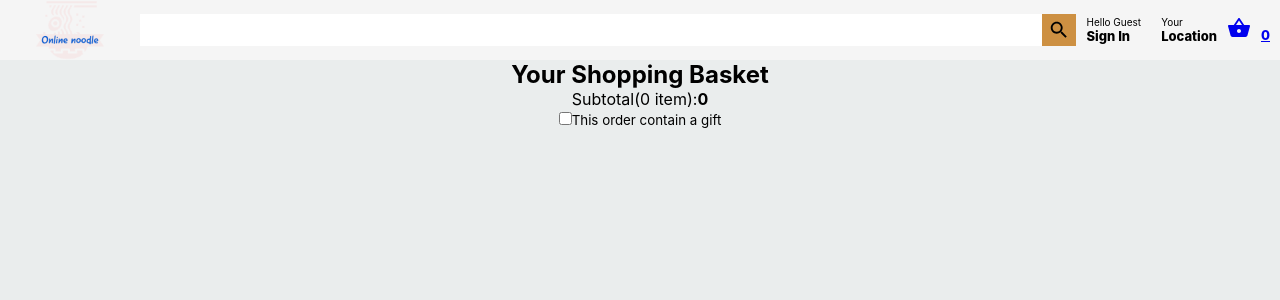
Repository: treenoise09/Noodleonline
Page: /checkout
The author's editor kept a copy of each file at every save. The page is drawn from the files as they stood at one save, then again after the next save.
The browser window is 1280 px wide. The pictures show the whole page.
The project was rebuilt for these pictures with package versions that can differ from the ones it lists, and the page was loaded fresh each time. Also part of the build but not shown: src/Home.css, src/Noodle.css, src/Noodle.js, src/Home.js.

Above is the page before, as saved 2022-10-28 11:35:37.

### src/index.css
* {
  margin: 0;
}
body {
  background-color: rgb(234,237,237);
  margin: 0;
  font-family: -apple-system, BlinkMacSystemFont, 'Segoe UI', 'Roboto', 'Oxygen',
    'Ubuntu', 'Cantarell', 'Fira Sans', 'Droid Sans', 'Helvetica Neue',
    sans-serif;
  -webkit-font-smoothing: antialiased;
  -moz-osx-font-smoothing: grayscale;
}

code {
  font-family: source-code-pro, Menlo, Monaco, Consolas, 'Courier New',
    monospace;
}

### src/App.js
import React from 'react';
import './App.css';
import Header from './Header';
import Home from './Home';
import{BrowserRouter as Router,Routes ,Route} from "react-router-dom";
import Noodle from './Noodle';
import Cart from './Cart';

function App() {
  return (
    <Router>
      <Header/>
    <div className="App">
      <Routes>
      <Route path='/' element={<Home/>}/>
      <Route path='/checkout' element={<Cart/>}/>



      </Routes>
    </div>
    </Router>
  );
}

export default App;

### src/Header.js
import React from "react";
import './Header.css'
import Logo from './img/Onlinenoodle-logos_transparent.png'
import SearchIcon from '@mui/icons-material/Search';
import ShoppingBasketIcon from '@mui/icons-material/ShoppingBasket';
import { Link } from "react-router-dom";

function Header() {
    return(
        <div className="header">
            <Link to="/">
            <img className="header_logo" src={Logo} alt=""/>
            </Link>
            <div className="header_search">
                <input className="header_searchInput" type='text'/>
                <SearchIcon className="header_searchIcon"/>
            </div>
            <div className="header_nav">
            <div className="header_option">
                    <span className="header_optionLineOne">
                        Hello Guest
                    </span>
                    <span className="header_optionLineTwo">
                        Sign In
                    </span>


            </div>
            <div className="header_option">
                    <span className="header_optionLineOne">
                        Your
                    </span>
                    <span className="header_optionLineTwo">
                        Location
                    </span>
            </div><Link to="/checkout">
            <div className="header_optionBasket">
            <ShoppingBasketIcon/>
            <span className="header_optionLineTwo header_basketCount">0</span>
            </div>
            </Link>
        </div>
        </div>
    )

}


export default Header

### src/Cart.js
import React from 'react'
import Subtotal from './Subtotal'

function Cart() {
  return (
    <div className='Cart'>
        <div className='checkout_left'>
            <div>
                <h2 className='cheakout_title'>
                    Your Shopping Basket
                </h2>
            </div>
        </div>
        <div className='cheackout_right'>
                    <Subtotal/>
        </div>
    </div>
  )
}

export default Cart

### src/Header.css
.header{
    height: 60px;
    display: flex;
    align-items: center;
    background-color: whitesmoke;
    position: sticky;
    top: 0;
    z-index: 100;
}
.header_search{
    display: flex;
    flex: 1;
    align-items: center;
    border-radius: 24px;
}
.header_searchInput{
    height: 12px;
    padding: 10px;
    border: none;
    width: 100%;
}
.header_searchIcon{
    padding: 5px;
    height: 22px !important;
    background-color: #cd9042;
}
.header_logo{
    width: 100px;
    display: flex;
    object-fit: contain;
    margin: 0 20px;

}
.header_option{
    display: flex;
    flex-direction: column;
    margin-left: 10px;
    margin-right: 10px;
}
.header_nav{
    display: flex;
    justify-content: space-evenly;
}
.header_optionLineOne{
    font-size: 10px;
}
.header_optionLineTwo{
    font-size: 13px;
    font-weight: 800;
}
.header_optionbasket{
    display: flex;
    align-items: center;
}
.header_basketCount{
    margin-left: 10px;
    margin-right: 10px;
}

### src/Subtotal.js
import React from 'react'
import "./Subtotal.css"
import CurrencyFormat from "react-currency-format";
function Subtotal() {
  return (
    <div className='Subtotal'>
<CurrencyFormat
renderText={(value) => (
<>
    <p>
        Subtotal(0 item):
        <strong>0</strong>
        </p>
        <small className='subtotal_gift'>
            <input type="checkbox"/>This order contain a gift
        </small>
        </>
)}
decimalScale={2}
value={0}
displayType={"text"}
thousandSeparator={true}
prefix="฿"
/>
    </div>
  )
}

export default Subtotal

### src/Subtotal.css
.subtotal{
    display: flex;
    flex-direction: column;
    justify-content: space-between;
    width: 300px;
    height: 100;
    padding: 20px;
    background-color: #f3f3f3;
    border: 1px solid #dddddd;
    border-radius: 3px;
}

Loaded but not shown: public/index.html (common file); src/index.js (common file); src/reportWebVitals.js (common file); src/App.css (common file)

After the next save:
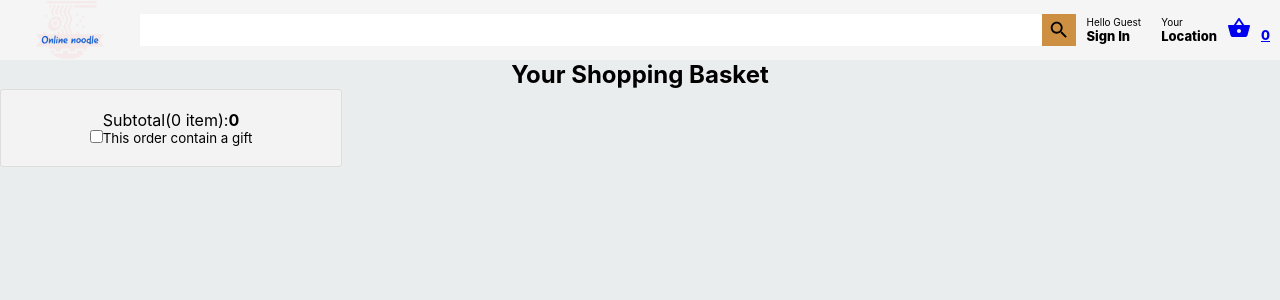
Saved 21 s later.
--- a/src/Subtotal.css
+++ b/src/Subtotal.css
@@ -1,4 +1,4 @@
-.subtotal{
+.Subtotal{
     display: flex;
     flex-direction: column;
     justify-content: space-between;
